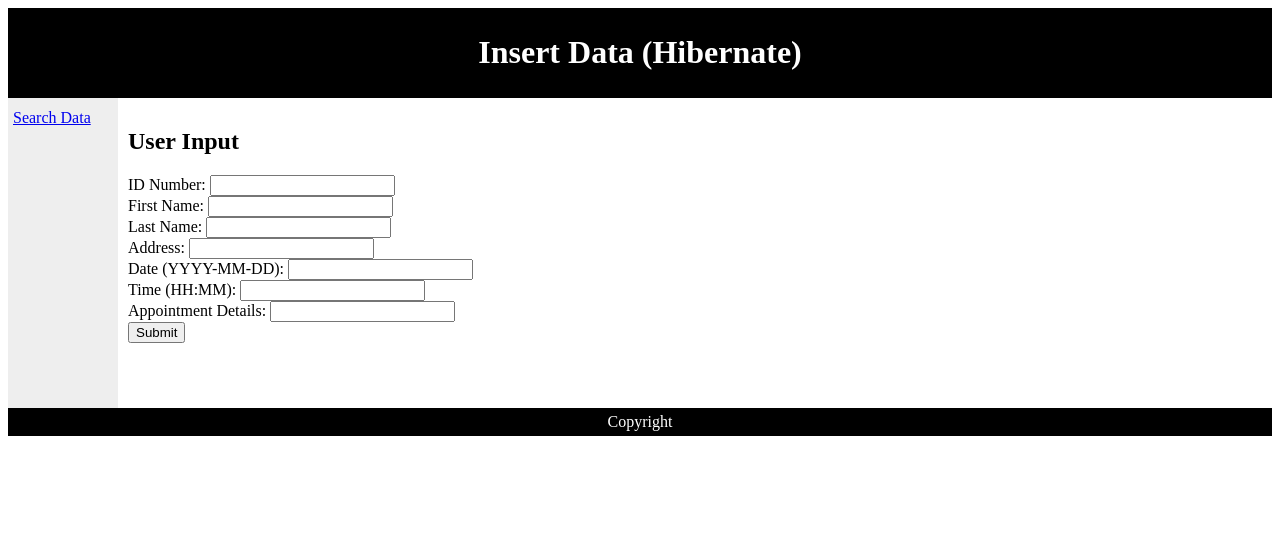
Repository: Doniico/G1_ODM
Page: workspaceCSCI4830-teamproject/teamproject/WebContent/simpleInsertHB.html
The author's editor kept a copy of each file at every save. The page is drawn from the files as they stood at one save, then again after the next save.
The browser window is 1280 px wide. The pictures show the whole page.

Above is the page before, as saved 2020-04-02 04:27:02.

After the next save:
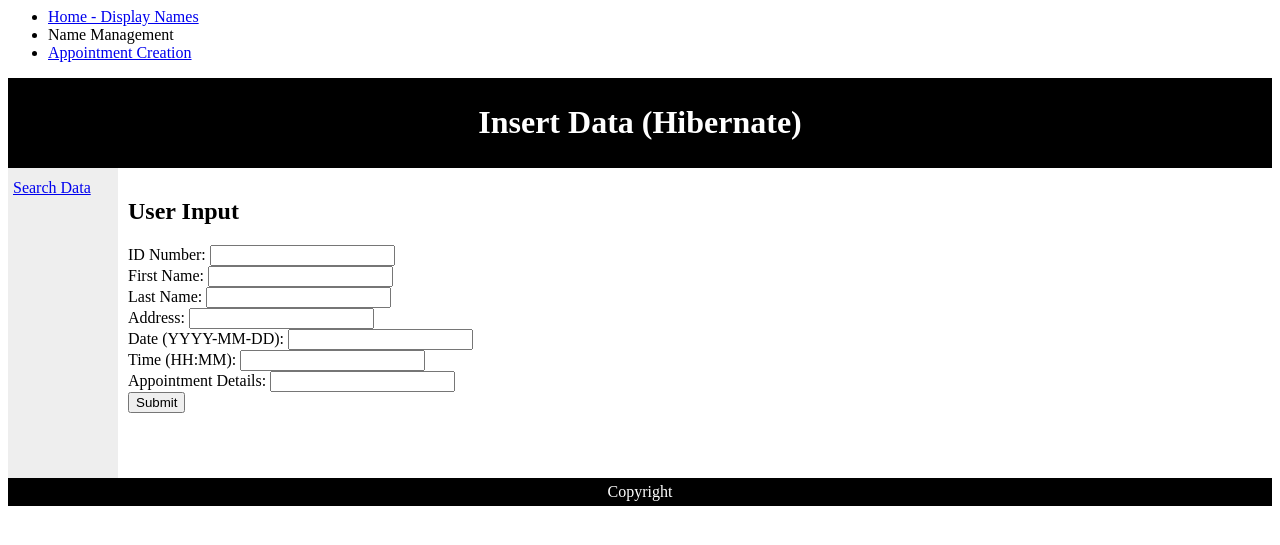
Saved 39 s later.
--- a/workspaceCSCI4830-teamproject/teamproject/WebContent/simpleInsertHB.html
+++ b/workspaceCSCI4830-teamproject/teamproject/WebContent/simpleInsertHB.html
@@ -32,6 +32,13 @@ footer {
 </head>
 
 <body>
+<ul id = "navBar">
+	<!--<li><img src = "https://pbs.twimg.com/profile_images/1049303741126594561/fSeeAG8t_400x400.jpg"></li>-->
+	<li><a href = "Open Door Mission Design.html">Home - Display Names</a></li>
+	<li>Name Management</a></li>
+	<li><a href = "Appointment Creation.html">Appointment Creation</a></li>
+</ul>
+
 <header>
 <h1> Insert Data (Hibernate)</h1>
 </header>
